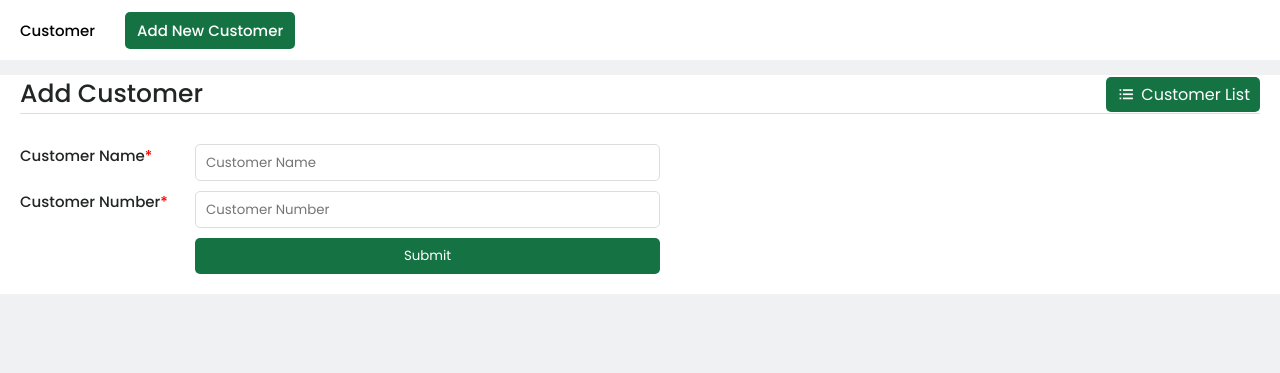
Repository: codebyaddro/customer-page
Page: pages/html/ancus.html
The author's editor kept a copy of each file at every save. The page is drawn from the files as they stood at one save, then again after a run of saves.
The browser window is 1280 px wide. The pictures show the whole page.

Above is the page before, as saved 2025-02-20 15:12:33.

### pages/html/ancus.html
<!DOCTYPE html>
<html lang="en">
<head>
    <meta charset="UTF-8">
    <meta name="viewport" content="width=device-width, initial-scale=1.0">
    <!-- CSS -->
    <link rel="stylesheet" href="/pages/css/ancus.css">
    <!-- Icons -->
    <link href='https://unpkg.com/boxicons@2.1.4/css/boxicons.min.css' rel='stylesheet'>
    <title>Add New Customer - Page</title>
</head>
<body style="background-color: var(--gray-white);">
    <div class="cba-add-new-cus-container">
        <div class="cba-ancus-top-menus">
            <ul>
                <li><a href="/index.html" class="cba-ancus-light-up">Customer</a></li>
                <li><a href="/inner-pages/html/anc.html" class="cba-ancus-active-menu">Add New Customer</a></li>
            </ul>
        </div>
        <div class="cba-ancus-add-container">
            <div class="cba-ancus-heading-add-new-btn">
                <div class="cba-ancus-heading">
                    <h2>Add Customer</h2>
                </div>
                <div class="cba-ancus-cate-list-btn">
                    <i class='cba-ancus-add-icon bx bx-list-ul'></i>
                    <a href="/index.html">Customer List</a>
                </div>
            </div>
            <div class="cba-ancus-category-add-field">
                <div class="cba-ancus-form-con">
                    <div class="cba-ancus-label">
                        <label for="customer-name">Customer Name<span class="cba-ancus-required">*</span></label>
                        <label for="customer-number">Customer Number<span class="cba-ancus-required">*</span></label>
                    </div>
                    <div class="cba-ancus-input">
                        <input type="text" name="customer-name" id="customer-name" placeholder="Customer Name">
                        <input type="text" name="customer-number" id="customer-number" placeholder="Customer Number">
                        <div class="cba-ancus-submit-btn">
                            <input type="submit">
                        </div>
                    </div>
                </div>
            </div>
        </div>
    </div>
</body>
</html>

### pages/css/ancus.css
/* -- fonts -- */
@import url('https://fonts.googleapis.com/css2?family=Poppins:ital,wght@0,100;0,200;0,300;0,400;0,500;0,600;0,700;0,800;0,900;1,100;1,200;1,300;1,400;1,500;1,600;1,700;1,800;1,900&family=Raleway:ital,wght@0,100..900;1,100..900&family=Roboto:ital,wght@0,100;0,300;0,400;0,500;0,700;0,900;1,100;1,300;1,400;1,500;1,700;1,900&family=VT323&display=swap');

/* -- root -- */

:root {
    --gray-white: #F0F1F2;
    --white: #FFFFFF;
    --black: #000000;
    --gray-black: #DDDDDD;
    --light-black: #212523;
    --main-green: #157343;
    --main-light: #37A000;
    --light-orange: #FD7E14;
    --green: #008000;
    --light-green: #e9f6ec;
    --red: #FF0000;
    --light-red: #fbeaec;
}

/* --universal style -- */

* {
    margin: 0;
    padding: 0;
    box-sizing: border-box;
    font-family: "Poppins", serif;
}

/* -- website app text selection cursor style */

::selection {
    color: var(--white);
    background-color: var(--main-light);
}

/* -- add new container style -- */

.cba-add-new-cus-container {
    width: 100%;
}

/* -- top menus style--  */

.cba-ancus-top-menus {
    background-color: var(--white);
    display: flex;
    justify-content: left;
    align-items: center;
    height: 60px;
    padding: 0px 40px;
    margin-bottom: 15px;
}

.cba-ancus-top-menus ul {
    list-style-type: none;
    display: flex;
    gap: 30px;
    margin-left: -20px;
}

.cba-ancus-top-menus ul li a {
    text-decoration: none;
    color: var(--black);
    font-size: 15px;
    font-weight: 500;
}

/* -- active menu style -- */

.cba-ancus-active-menu {
    color: var(--white)!important;
    background-color: var(--main-green);
    padding: 8px 12px;
    border-radius: 5px;
}

/* -- menu hover style -- */

.cba-ancus-light-up:hover {
    color: var(--light-orange);
}

/* -- list container style -- */

.cba-ancus-add-container {
    background-color: var(--white);
    padding: 0px 20px;
}

/* -- heading-add-new-btn style -- */

.cba-ancus-heading-add-new-btn {
    display: flex;
    justify-content: space-between;
    align-items: center;
    border-bottom: 1px solid var(--gray-black);
}

.cba-ancus-heading h2 {
    color: var(--light-black);
    font-size: 25px;
    font-weight: 500;
}

/* -- add-new-btn style -- */

.cba-ancus-cate-list-btn {
    display: flex;
    gap: 5px;
    justify-content: baseline;
    align-items: center;
}

.cba-ancus-cate-list-btn {
    background-color: var(--main-green);
    padding: 5px 10px;
    border-radius: 5px;
}

.cba-ancus-cate-list-btn a {
    color: var(--white);
    text-decoration: none;
}

.cba-ancus-add-icon {
    color: var(--white);
    font-size: 20px;
}

/* -- category add field style -- */

/* -- label red star style -- */
.cba-ancus-required {
    color: var(--red);
}

.cba-ancus-category-add-field {
    width: 50%;
    padding-top: 30px;
    padding-bottom: 20px;
}

.cba-ancus-form-con {
    display: grid;
    gap: 20px;
    grid-template-columns: 25% 75%;
}

.cba-ancus-form-con .cba-ancus-label {
    display: flex;
    justify-content: left;
    flex-direction: column;
}

.cba-ancus-form-con input {
    display: flex;
    justify-content: left;
    flex-direction: column;
    width: 500px;
}

.cba-ancus-form-con label {
    color: var(--light-black);
    font-size: 15px;
    font-weight: 500;
    margin-bottom: 22.5px;
}

input[type="text"] {
    width: 100%;
    padding: 7.5px 10px;
    border: 1px solid var(--gray-black);
    border-radius: 5px;
    outline: none;
    margin-top: 0px;
    margin-bottom: 10px;
}

select {
    width: 100%;
    padding: 7.5px 10px;
    border: 1px solid var(--gray-black);
    border-radius: 5px;
    outline: none;
    appearance: none;
}

.cba-ancus-submit-btn {
    display: flex;
    justify-content: right;
    margin-top: 10px;
}

input[type="submit"] {
    background-color: var(--main-green);
    color: var(--white);
    border: none;
    border-radius: 5px;
    padding: 8px 12px;
    cursor: pointer;
}

After the next 2 saves:
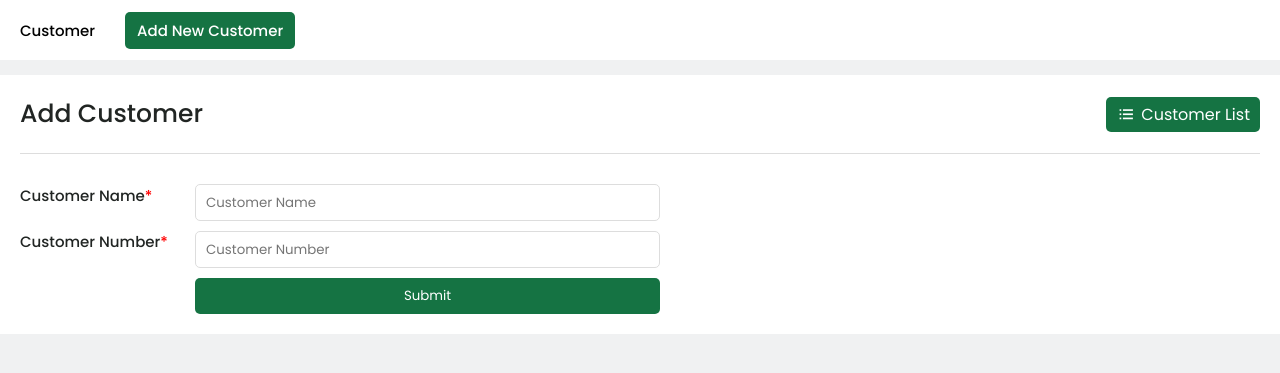
The 2 saves are shown as one change because they came seconds apart.
The last was saved 50 s later.
--- a/pages/css/ancus.css
+++ b/pages/css/ancus.css
@@ -95,6 +95,7 @@
     justify-content: space-between;
     align-items: center;
     border-bottom: 1px solid var(--gray-black);
+    padding: 20px 0px;
 }
 
 .cba-ancus-heading h2 {
